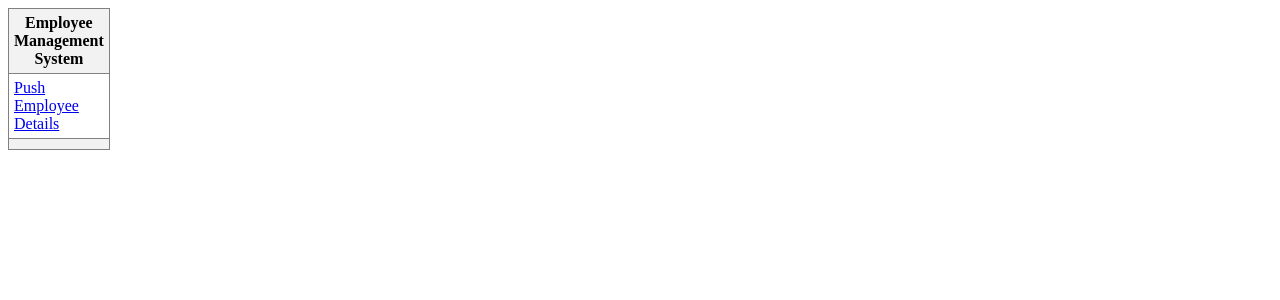
Repository: srjainapur/CRUD_Operation_With_Angular_Springboot
Page: angular-spring-demo/src/main/resources/static/EmployeeDetails.html
These files come from the project's save history. The page is drawn as it stood at one moment and after the next save; the edit follows.
The browser window is 1280 px wide. The pictures show the whole page.
Some web libraries are served in a nearby version.

Above is the page before, as saved 2020-06-25 10:21:39.
Console error (its wording comes from the project's code and is left out).

After the next save:
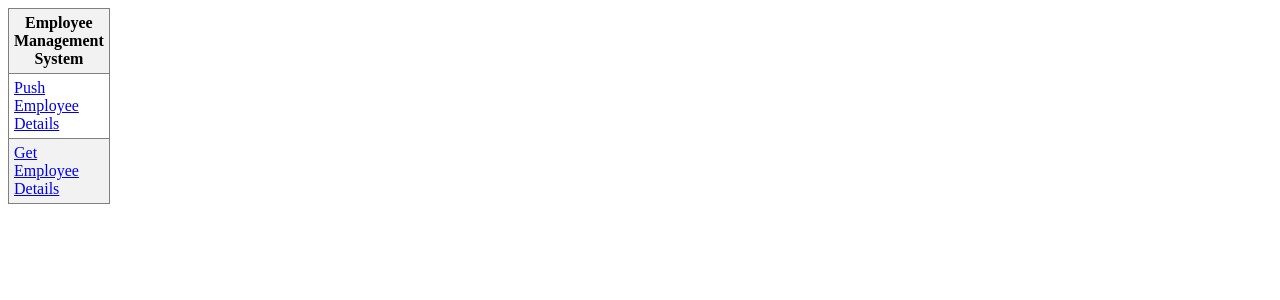
Saved 70 s later.
--- a/angular-spring-demo/src/main/resources/static/EmployeeDetails.html
+++ b/angular-spring-demo/src/main/resources/static/EmployeeDetails.html
@@ -27,12 +27,11 @@
 				<tr>
 					<td>
 						<a href="post_data.html">Push Employee Details</a>
-
-						<div ng-include="post_data.htm"></div>
 					</td>
 				</tr>
 				<tr>
 					<td>
+						<a href="get_employee.html">Get Employee Details</a>
 						<div ng-include="get_employee.htm"></div>
 					</td>
 				</tr>
